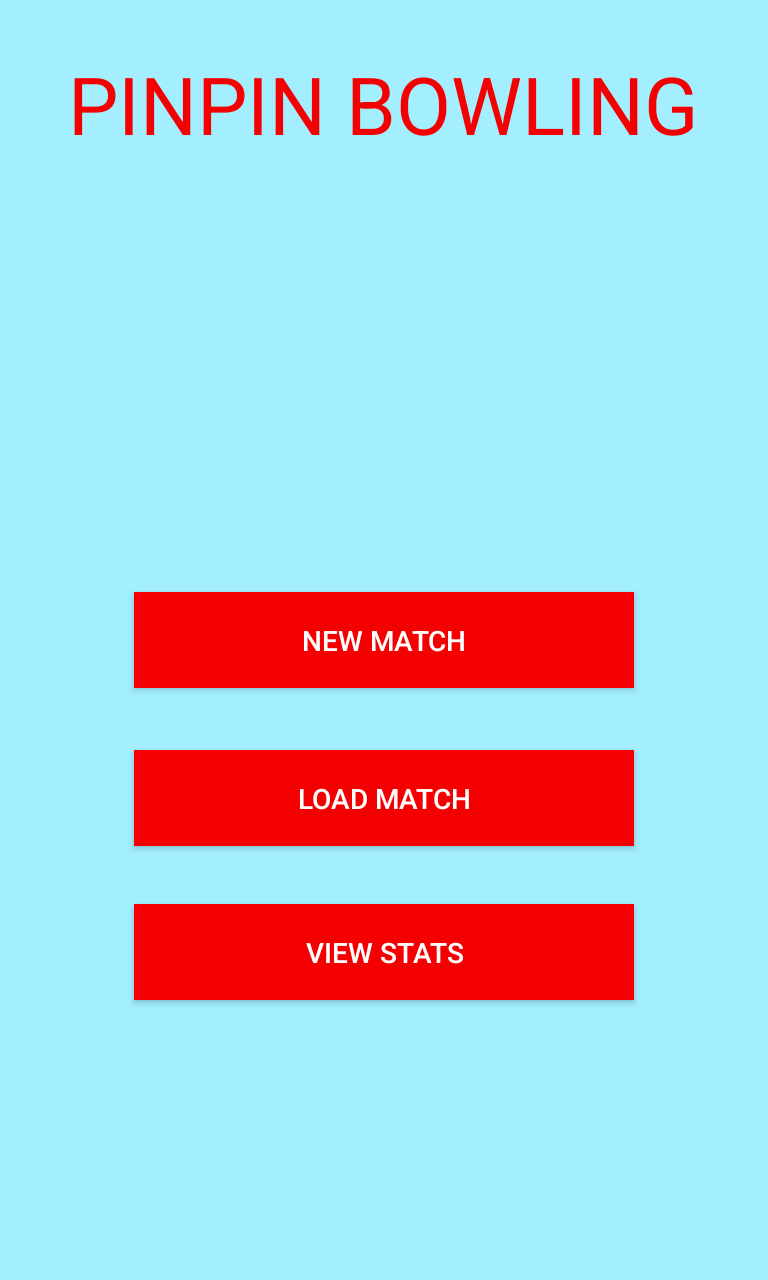
Repository: Atlaspud/TeamMasterE
Layout: BowlingGame/res/layout/main_menu_fragment.xml
An editor plug-in stored every save of this project. The layout is shown before and after the next save, followed by the edit.
It is drawn on a 768 x 1280 px phone screen (xhdpi) without system bars, with theme AppTheme; the app's code is not run.

Above is the layout before, as saved 2014-10-11 01:59:36.

### BowlingGame/res/layout/main_menu_fragment.xml
<RelativeLayout xmlns:android="http://schemas.android.com/apk/res/android"
    xmlns:tools="http://schemas.android.com/tools"
    android:layout_width="match_parent"
    android:layout_height="match_parent"
    android:background="@color/light_blue"
    android:paddingBottom="@dimen/activity_vertical_margin"
    android:paddingLeft="@dimen/activity_horizontal_margin"
    android:paddingRight="@dimen/activity_horizontal_margin"
    android:paddingTop="@dimen/activity_vertical_margin"
    tools:context="au.edu.jcu.bowlinggame.MainActivity$PlaceholderFragment"
    tools:ignore="HardcodedText,SpUsage" >

    <TextView
        android:id="@+id/textView1"
        android:layout_width="wrap_content"
        android:layout_height="wrap_content"
        android:layout_alignParentTop="true"
        android:layout_centerHorizontal="true"
        android:layout_marginTop="9dp"
        android:text="PINPIN BOWLING"
        android:textAppearance="?android:attr/textAppearanceLarge"
        android:textColor="@color/red"
        android:textSize="40dp" />

    <Button
        android:id="@+id/button1"
        android:layout_width="250dp"
        android:layout_height="wrap_content"
        android:layout_centerHorizontal="true"
        android:layout_centerVertical="true"
        android:background="@drawable/custom_button"
        android:text="NEW MATCH"
        android:textColor="@color/white" />

    <Button
        android:id="@+id/Button01"
        android:layout_width="250dp"
        android:layout_height="wrap_content"
        android:layout_alignLeft="@+id/button1"
        android:layout_below="@+id/button1"
        android:layout_marginTop="31dp"
        android:background="@drawable/custom_button"
        android:text="LOAD MATCH"
        android:textColor="@color/white" />

    <Button
        android:id="@+id/Button02"
        android:layout_width="250dp"
        android:layout_height="wrap_content"
        android:layout_alignLeft="@+id/Button01"
        android:layout_below="@+id/Button01"
        android:layout_marginTop="29dp"
        android:background="@drawable/custom_button"
        android:text="VIEW STATS"
        android:textColor="@color/white" />

</RelativeLayout>

### BowlingGame/res/values/colours.xml
<?xml version="1.0" encoding="utf-8"?>
<resources>
    <color name="light_blue">#A3EFFF</color>
    <color name="red">#F40000</color>
    <color name="dark_red">#C90000</color>
    <color name="white">#FFFFFF</color>
</resources>

### BowlingGame/res/drawable-hdpi/custom_button.xml
<?xml version="1.0" encoding="utf-8"?>

<selector xmlns:android="http://schemas.android.com/apk/res/android" >
    <item android:state_pressed="true"
        android:drawable="@color/dark_red">
        <shape android:shape="rectangle">
            <corners android:bottomLeftRadius="8dp"
                	android:bottomRightRadius="8dp"
        			android:topLeftRadius="8dp"
        			android:topRightRadius="8dp"/>
		</shape>
</item>

    <item android:drawable="@color/red">
        <shape android:shape="rectangle">
            <corners android:bottomLeftRadius="8dp"
                	android:bottomRightRadius="8dp"
        			android:topLeftRadius="8dp"
        			android:topRightRadius="8dp"/>
		</shape>
</item>

</selector>

Loaded but not shown: BowlingGame/res/values/styles.xml (common file); BowlingGame/res/values-v11/styles.xml (common file); BowlingGame/res/values-v14/styles.xml (common file); BowlingGame/res/values/dimens.xml (common file); BowlingGame/res/values-w820dp/dimens.xml (common file)

After the next save:
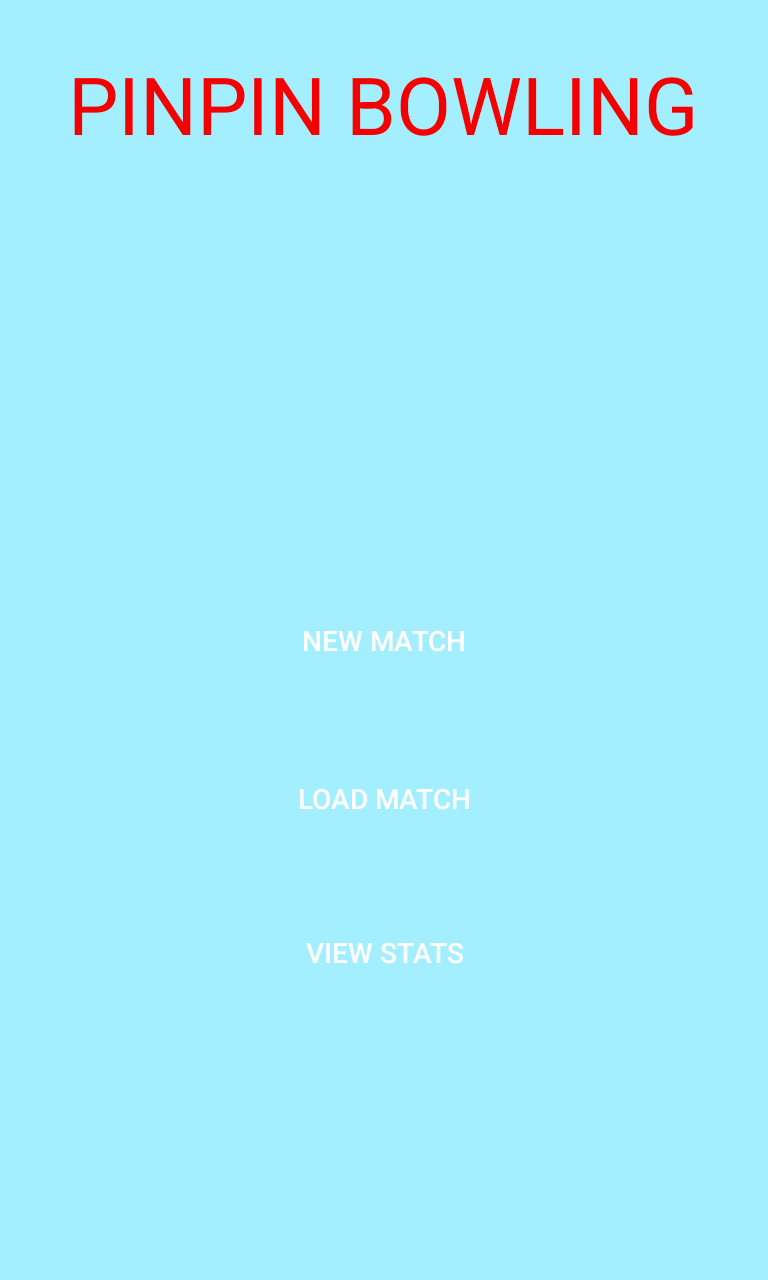
Saved 3 min 27 s later.
--- a/BowlingGame/res/drawable-hdpi/custom_button.xml
+++ b/BowlingGame/res/drawable-hdpi/custom_button.xml
@@ -1,17 +1,17 @@
 <?xml version="1.0" encoding="utf-8"?>
 
 <selector xmlns:android="http://schemas.android.com/apk/res/android" >
-    <item android:state_pressed="true"
-        android:drawable="@color/dark_red">
+    <item android:state_pressed="true">
         <shape android:shape="rectangle">
             <corners android:bottomLeftRadius="8dp"
                 	android:bottomRightRadius="8dp"
         			android:topLeftRadius="8dp"
         			android:topRightRadius="8dp"/>
 		</shape>
+		<solid android:color="@color/dark_red"/>
 </item>
 
-    <item android:drawable="@color/red">
+    <item >
         <shape android:shape="rectangle">
             <corners android:bottomLeftRadius="8dp"
                 	android:bottomRightRadius="8dp"
@@ -21,3 +21,16 @@
 </item>
 
 </selector>
+
+<selector xmlns:android="schemas.android.com/apk/res/android">
+    <item android:state_pressed="true" >
+        <shape android:shape="rectangle" >
+            <corners android:radius="15dip">
+
+            </corners>
+            <solid android:color="#febd26"/>
+        </shape>
+    </item>
+   	<item>
+   	    <shape android:shape="rectangle" >
+   	        <gradient android:startColor="#DD000000" android:endColor="#DD2d2d2d" android:angle="90"></gradient> <corners android:radius="15dip"></corners> </shape> </item> </selector>

After the 4 saves that followed:
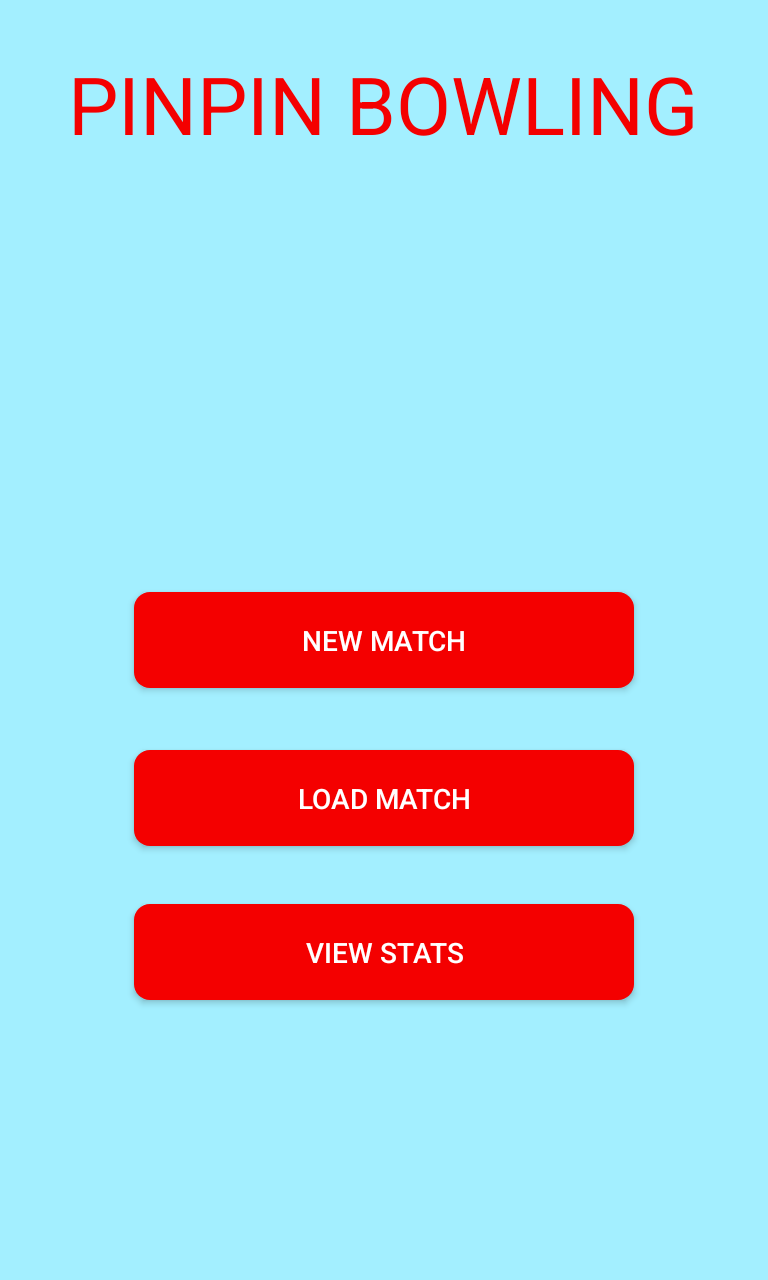
The 4 saves are shown as one change because 3 left the picture as it was.
The last was saved 4 min 5 s later.
--- a/BowlingGame/res/drawable-hdpi/custom_button.xml
+++ b/BowlingGame/res/drawable-hdpi/custom_button.xml
@@ -7,8 +7,8 @@
                 	android:bottomRightRadius="8dp"
         			android:topLeftRadius="8dp"
         			android:topRightRadius="8dp"/>
+            <solid android:color="#C90000"/>
 		</shape>
-		<solid android:color="@color/dark_red"/>
 </item>
 
     <item >
@@ -17,20 +17,8 @@
                 	android:bottomRightRadius="8dp"
         			android:topLeftRadius="8dp"
         			android:topRightRadius="8dp"/>
+            <solid android:color="#F40000"/>
 		</shape>
 </item>
 
 </selector>
-
-<selector xmlns:android="schemas.android.com/apk/res/android">
-    <item android:state_pressed="true" >
-        <shape android:shape="rectangle" >
-            <corners android:radius="15dip">
-
-            </corners>
-            <solid android:color="#febd26"/>
-        </shape>
-    </item>
-   	<item>
-   	    <shape android:shape="rectangle" >
-   	        <gradient android:startColor="#DD000000" android:endColor="#DD2d2d2d" android:angle="90"></gradient> <corners android:radius="15dip"></corners> </shape> </item> </selector>
